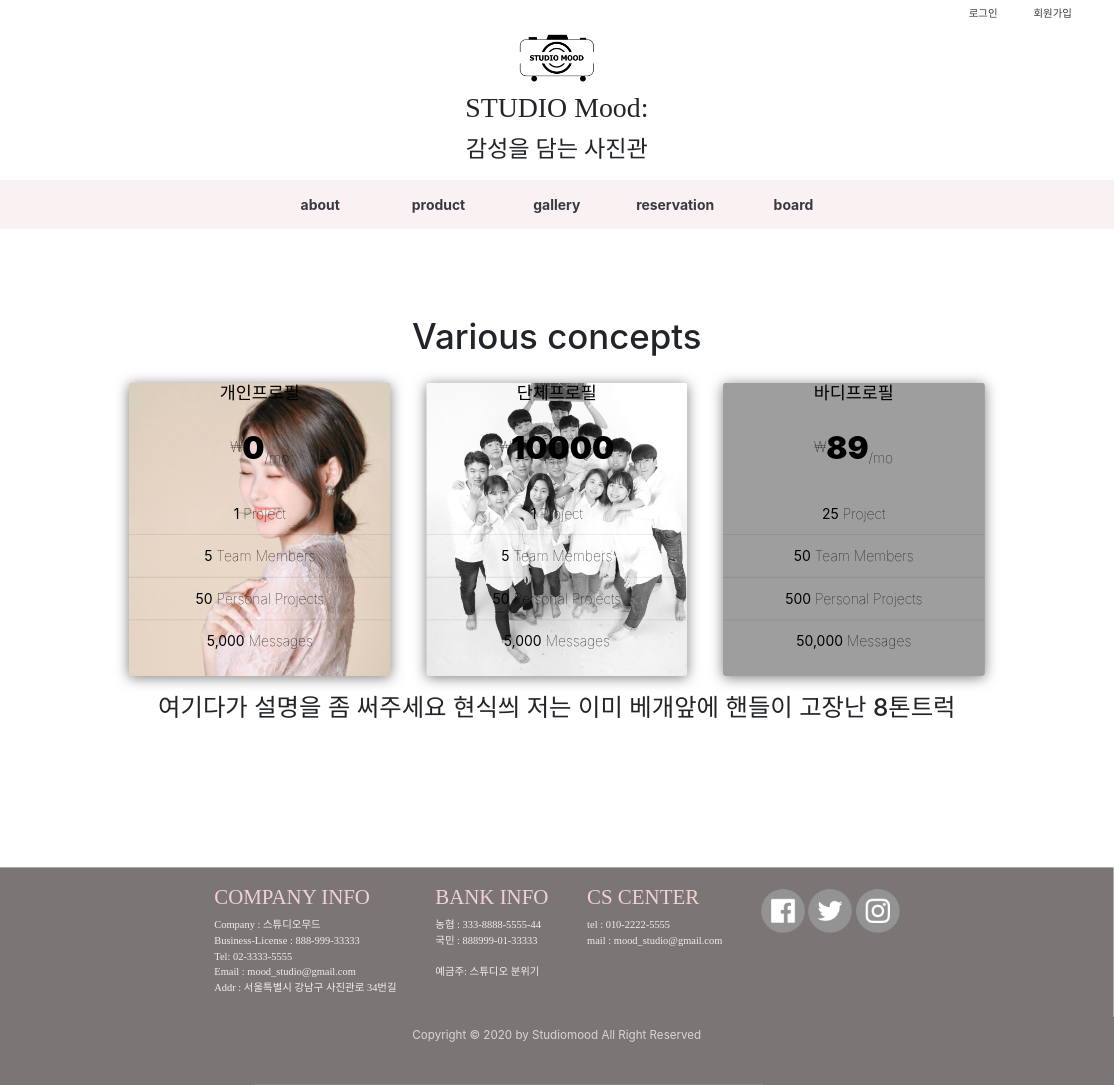
Repository: seugju/HSDsemi
Page: http://localhost/studioMood/views/product/product.jsp
The author's editor kept a copy of each file at every save. The page is drawn from the files as they stood at one save, then again after the next save.
The browser window is 1280 px wide. The pictures show the whole page, at 87% of full size.
Pictures or frames that could not be fetched are drawn as grey boxes. Some web fonts or font styles are not loaded; a fallback is used. The page is served by Tomcat 9. Other server files are loaded and not shown.

Above is the page before, as saved 2020-12-02 16:41:11.

### project-workspace/studioMood/WebContent/views/product/product.jsp
<%@ page language="java" contentType="text/html; charset=UTF-8"
    pageEncoding="UTF-8"%>
<!DOCTYPE html PUBLIC "-//W3C//DTD HTML 4.01 Transitional//EN" "http://www.w3.org/TR/html4/loose.dtd">
<html>
<head>
<meta http-equiv="Content-Type" content="text/html; charset=UTF-8">
<title>Insert title here</title>
</head>
<style>
	@import url('https://fonts.googleapis.com/css?family=Open+Sans');




.text-center {
	text-align: center;
}

.pricing-box-container {
	display: flex;
	align-items: center;
	justify-content: center;
	flex-wrap: wrap;
}

.pricing-box {
	background-color: #ffffff;
	box-shadow: 0px 2px 15px 0px rgba(0,0,0,0.5);
	border-radius: 4px;
	flex: 1;
	padding: 0 30px 30px;
	margin: 2%;
	min-width: 250px;
	max-width: 350px;
}

.pricing-box h5 {
	text-transform: uppercase;
}

.price {
	margin: 24px 0;
	font-size: 36px;
	font-weight: 900;
}

.price sub, .price sup {
	font-size: 16px;
	font-weight: 100;
}

.features-list {
	padding: 0;
	list-style-type: none;
}

.features-list li {
	font-weight: 100;
	padding: 12px 0;
	font-weight: 100;
}

.features-list li:not(:last-of-type) {
	border-bottom: 1px solid rgba(0, 0, 0, 0.1);
}

.btn-primary {
	border-radius: 25px;
	border: none;
	background-color: #EC1362;
	color: #ffffff;
	cursor: pointer;
	padding: 10px 15px;
	margin-top: 20px;
	text-transform: uppercase;
	transition: all 0.1s ease-in-out;
}

.btn-primary:hover {
	box-shadow: 0px 2px 15px 0px rgba(0,0,0,0.5);
	transform: translateY(-3px);
}

.pricing-box-bg-image {
	background-image: url('');
	background-size: cover;
	background-position: center center;
	color: #ffffff;
}

.pricing-box-bg-image .features-list li {
	border-bottom-color: rgba(255, 255, 255, 1);
}

.pricing-box-bg-image .btn-primary {
	background-color: #ffffff;
	color: #000;
}


.explain-product{
	width:100%;
	height:100px;
	text-align:center;
}

.explain-content{
	width:80vw;
	height:auto;
	padding-top:100px;
	padding-bottom:100px;
	margin-top:100px;
	margin-bottom:100px;
	margin:0 auto;

}


.pricing-box{
	-webkit-transition: all 0.4s ease-in-out;
  transition: all 0.4s ease-in-out;

}


#indiv{
padding:0px;
background-image: url('/img/indivisual.jpg');
	background-size: cover;
   background-position: center center;
}
#group{
padding:0px;
background-image: url('/img/GROUP_PICTURE.jpg');
	background-size: cover;
   background-position: center center;
}
#body{
padding:0px;
background-image: url('/img/BODY_PROFILE.png');
	background-size: cover;
   background-position: center center;
}
.pricing-box:hover h5{
	opacity:1;
}
.pricing-box:hover p{
	opacity:1;
}
.pricing-box:hover ul{
	opacity:1;
}
.opacity-div{

	width:100%;
	height:337px;
	color: black;
}
#indiv:hover .opacity-div{
	background-color: rgba(169,169,169,0.7);
}
#group:hover .opacity-div{
	background-color: rgba(169,169,169,0.7);
}
#body:hover .opacity-div{
	background-color: rgba(169,169,169,0.7);
}
</style>
<body>
<%@ include file="/WEB-INF/views/common/header.jsp" %>

<div class="explain-content">
	<h1 class="text-center">
Various concepts
</h1>

<div class="pricing-box-container">
	<div id="indiv" class="pricing-box text-center">
	<div class="opacity-div">
		<h5>개인프로필</h5>
		<p class="price"><sup>₩</sup>0<sub>/mo</sub></p>
		<ul class="features-list">
			<li><strong>1</strong> Project</li>
			<li><strong>5</strong> Team Members</li>
			<li><strong>50</strong> Personal Projects</li>
			<li><strong>5,000</strong> Messages</li>
		</ul>
		</div>
	</div>

	<div id="group" class="pricing-box text-center">
	<div class="opacity-div">
		<h5>단체프로필</h5>
		<p class="price"><sup>₩</sup>10000</p>
		<ul class="features-list">
			<li><strong>1</strong> Project</li>
			<li><strong>5</strong> Team Members</li>
			<li><strong>50</strong> Personal Projects</li>
			<li><strong>5,000</strong> Messages</li>
		</ul>
		</div>
	</div>

	<div id="body" class="pricing-box text-center">
	<div class="opacity-div">
		<h5>바디프로필</h5>
		<p class="price"><sup>₩</sup>89<sub>/mo</sub></p>
		<ul class="features-list">
			<li><strong>25</strong> Project</li>
			<li><strong>50</strong> Team Members</li>
			<li><strong>500</strong> Personal Projects</li>
			<li><strong>50,000</strong> Messages</li>
		</ul>

	</div>
	</div>
	<div class="explain-product">
		<h3>여기다가 설명을 좀 써주세요 현식씌  저는 이미 베개앞에 핸들이 고장난 8톤트럭 </h3>
	</div>
</div>

</div>
<%@ include file="/WEB-INF/views/common/footer.jsp" %>
</body>

</html>

### project-workspace/studioMood/WebContent/WEB-INF/views/common/header.jsp
<%@page import="member.model.vo.Member"%>
<%@ page language="java" contentType="text/html; charset=UTF-8"
    pageEncoding="UTF-8"%>
    <%
    	Member m = (Member)session.getAttribute("loginMember");
    %>
<!DOCTYPE html PUBLIC "-//W3C//DTD HTML 4.01 Transitional//EN" "http://www.w3.org/TR/html4/loose.dtd">
<html>
<head>
<meta http-equiv="Content-Type" content="text/html; charset=UTF-8">
<title>Insert title here</title>

<script type="text/javascript" src="http://code.jquery.com/jquery-3.3.1.js"></script>
    <link rel="stylesheet" href="https://maxcdn.bootstrapcdn.com/bootstrap/4.5.2/css/bootstrap.min.css">
    <script src="https://ajax.googleapis.com/ajax/libs/jquery/3.5.1/jquery.min.js"></script>
    <script src="https://cdnjs.cloudflare.com/ajax/libs/popper.js/1.16.0/umd/popper.min.js"></script>
    <script src="https://maxcdn.bootstrapcdn.com/bootstrap/4.5.2/js/bootstrap.min.js"></script>

     <style>
    	 @font-face {
            font-family: 'S-CoreDream-4Regular';
            src: url('https://cdn.jsdelivr.net/gh/projectnoonnu/noonfonts_six@1.2/S-CoreDream-4Regular.woff') format('woff');
            font-weight: normal;
            font-style: normal;
        }

		@font-face {
		    font-family: 'Cafe24Danjunghae';
		    src: url('https://cdn.jsdelivr.net/gh/projectnoonnu/noonfonts_twelve@1.1/Cafe24Danjunghae.woff') format('woff');
		    font-weight: normal;
		    font-style: normal;
		}

		@font-face {
		    font-family: 'KCC-eunyoung';
		    src: url('https://cdn.jsdelivr.net/gh/projectnoonnu/noonfonts_one@1.0/KCC-eunyoung-Regular.woff') format('woff');
		    font-weight: normal;
		    font-style: normal;
		}
        header{
            width: 100vw;
            z-index: 0;
        }

        .navbar {
            display: block;
            background-color: #faf2f2;
            margin: 0 auto;
            z-index : 2;
        }

        .logo {
            margin: 0 auto;
            width: 500px;
            text-align: center;
        }
        .logo >h2{
         	font-family: 'Cafe24Danjunghae';
         }

        .logo>p{
        	 font-family: 'KCC-eunyoung';
        	 font-size: 20pt;
        }

        .navi-menu,
        .navi-menu-top {
            /* menu ul */
            list-style: none;
            text-align: center;

        }

        .navi-menu-top {
            float: right;
        }

        .navi-menu {
            margin: 0 auto;
            width: 680px;
            height: 40px;
        }

        .navi-menu>li {
            width: 125px;
            margin: 0 auto;
        }

        .navi-menu li>a {
            width: 100%;
            height: 30px;
            box-sizing: border-box;
            text-align: center;
            display: block;
            float: left;
        }
        .nav-link {
            color: #373a40;
            font-weight: bold;

        }
        .nav-link:hover{
        	color:#f1d1d1  ;
        }


        .navi-menu-top {
            display: inline-block;
        }

        .nav-top {
     	   	font-family: 'S-CoreDream-4Regular';
            width: 1200px;
            float: right;
            padding-right: 30px;
        }

        .navi-menu-top li {
            width: 80px;
            height: 30px;
            float: left;
        }

        .navi-menu-top li>a {
            width: 100%;
            height: 100%;
            display: inline-block;
            font-size: 9pt;
            line-height: 30px;
            color: #373a40;
        }
        .subMenu {
            margin-top: 10px;
            padding: 0;
            list-style-type: none;
            display :none;
             z-index : 1;
        }

		.subMenu>li {
            background-color: rgba(250,242,242,0.8);
        }

        .subMenu li>a {
            margin: 0;
            padding: 0;
            font-size: 10pt;
            display: inline-block;
            width: 125px;
            float: none;
            color: #373a40;

            /*transition-duration: 1s;*/
        }

        .subMenu>li:first-child>a {
            margin-top: 20px;
       	 }

           a{
		      text-decoration: none;
		      color:black;
		   }
		   a:hover{
		      text-decoration: none;
		      color:#e6d1d8;
		   }

        .subMenu{
            margin: 0;
            padding: 0;
            list-style-type: none;
            transition-duration: 2s;
        }
        .subMenu li>a{
            margin: 0;
            padding: 0;
            display: inline-block;
            width: 125px;
            float: none;
        }
        .subMenu>li:first-child>a {
            margin-top: 30px;
        }
        .subMenu li>a:hover {
       		color:#968c83;
           font-weight: bold;
        }

    </style>

        <script>
         $(document).ready(function() {
            var subMenu = $(".subMenu");
            subMenu.hide();
            var navMenu = $(".navi-menu>li>a");
            var idx = navMenu.index();

             $(".navi-menu>li>a").click(function() {
                $(this).next().stop().slideToggle(300);
            });


        });


    </script>
</head>
<body>

     <div class="nav-top">
     <%if(m != null) { //로그인 된 상태%>
     	<ul class="navbar-nav navi-menu-top" id="login-nav">
            <li>
                <a class="nav-top-link" href="/logout">로그아웃</a>
            </li>
            <li>
            <%if(m.getMemberLevel() == 0) {%>
                <a class="nav-top-link" href="/adminPage">관리자페이지</a>
            <%}else{ %>
                <a class="nav-top-link" href="/myPage?memberId=<%=m.getMemberId()%>">마이페이지</a>
            <%} %>
            </li>
        </ul>
     <%}else { %>
     	<ul class="navbar-nav navi-menu-top" id="logout-nav">
            <li>
                <a class="nav-top-link" href="/views/member/login.jsp">로그인</a>
            </li>
            <li>
                <a class="nav-top-link" href="/views/member/join.jsp">회원가입</a>
            </li>
        </ul>
     <%} %>
    </div>

    <div class="container-fluid">
        <br>
        <div class="logo">
            <img src="/img/logo.png" width="100px;" onclick="location.href = '/'">
            <h2>STUDIO Mood:</h2>
            <p>감성을 담는 사진관 </p>
        </div>
    </div>

   <nav class="navbar navbar-expand-sm sticky-top">
        <ul class="navbar-nav navi-menu">
            <li class="nav-item">
                <a class="nav-link" href="#">about</a>

                <ul class="subMenu">
                    <li><a class="nav-link sub-nav-item" href="/about">studio 'mood'</a></li>

                </ul>
            </li>
            <li class="nav-item">
                <a class="nav-link" href="/views/product/product.jsp">product</a>
            </li>
            <li class="nav-item">
                <a class="nav-link" href="#">gallery</a>
                <ul class="subMenu">
                    <li><a class="nav-link sub-nav-item" href="#">개인프로필</a></li>
                    <li><a class="nav-link sub-nav-item" href="#">바디프로필</a></li>
                    <li><a class="nav-link sub-nav-item" href="#">단체프로필</a></li>
                </ul>
            </li>
            <li class="nav-item">
                <a class="nav-link" href="#">reservation</a>
                <ul class="subMenu">
                    <li><a class="nav-link sub-nav-item" href="/test">예약</a></li>
                    <li><a class="nav-link sub-nav-item" href="/searchReserve">예약확인</a></li>
                </ul>
            </li>
            <li class="nav-item">
                <a class="nav-link" href="#">board</a>
                <ul class="subMenu">
                    <li><a class="nav-link sub-nav-item" href="/noticeList?reqPage=1">공지사항</a></li>
                    <li><a class="nav-link sub-nav-item" href="/qnaList?reqPage=1">QnA</a></li>
                    <li><a class="nav-link sub-nav-item" href="/postList?reqPage=1">후기</a></li>
                    <li><a class="nav-link sub-nav-item" href="/faqList?reqPage=1">FAQ</a></li>
                </ul>
            </li>
        </ul>
    </nav>


</body>
</html>

### project-workspace/studioMood/WebContent/WEB-INF/views/common/footer.jsp
<%@ page language="java" contentType="text/html; charset=UTF-8"
    pageEncoding="UTF-8"%>
<!DOCTYPE html PUBLIC "-//W3C//DTD HTML 4.01 Transitional//EN" "http://www.w3.org/TR/html4/loose.dtd">
<html>
<head>
<meta http-equiv="Content-Type" content="text/html; charset=UTF-8">
<title>Insert title here</title>

<style>
		 @font-face {
            font-family: 'S-CoreDream-4Regular';
            src: url('https://cdn.jsdelivr.net/gh/projectnoonnu/noonfonts_six@1.2/S-CoreDream-4Regular.woff') format('woff');
            font-weight: normal;
            font-style: normal;
        }

        @font-face {
            font-family: 'S-CoreDream-5Medium';
            src: url('https://cdn.jsdelivr.net/gh/projectnoonnu/noonfonts_six@1.2/S-CoreDream-5Medium.woff') format('woff');
            font-weight: normal;
            font-style: normal;
        }
        .footer{
            background-color: rgb(124, 117, 117);
            text-align: center;

            height: 250px;
            margin: 0;
            padding: 0;
            z-index: 0;
        }
        .footerBox{
            margin: 20px;
            text-align: left;
            display: inline-block
        }
        .footerBox >h2{
       		font-family: 'S-CoreDream-5Medium';
            color: rgb(241, 209, 209);
            font-size: 18pt;
        }
        .footerBox>p{
        	font-family: 'S-CoreDream-4Regular';
        	font-size: 9pt;
            color: rgb(241, 238, 238);
        }
        .footer-top,
        .footer-bottom{
        	margin : 0 auto;
            width: 1198px;
        }
        .footer-bottom>p{
          color: rgba(241, 238, 238, 0.8);
          font-size: 10pt;
        }
        .icon{

        }
        .icon>img{

            width: 50px;
        }
    </style>
</head>
<body>
 <footer>
       <div class="footer">
           <div class="footer-top">
                <div class="footerBox company-info" width:310px;>
                <h2>COMPANY INFO</h2>
                <p>
                    Company : 스튜디오무드 <br>
                    Business-License : 888-999-33333<br>
                    Tel: 02-3333-5555<br>
                    Email : mood_studio@gmail.com<br>
                    Addr : 서울특별시 강남구 사진관로 34번길<br>
                </p>
            </div>
            <div class="footerBox bank-info" width:180px;>
                <h2>BANK INFO</h2>
                <p>
                    농협 : 333-8888-5555-44 <br>
                    국민 : 888999-01-33333<br><br>
                    예금주: 스튜디오 분위기<br><br>

                </p>
            </div>
            <div class="footerBox cs" width:230px;>
                <h2>CS CENTER</h2>
                <p>
                    tel : 010-2222-5555 <br>
                    mail : mood_studio@gmail.com<br><br><br><br>
                </p>
            </div>
           <div class="footerBox icon" width:130px;>
               <img src="/img/Facebook_1.png">
               <img src="/img/Twitter_1.png">
               <img src="/img/Instagram_1.png">
               <p><br><br><br><br></p>
           </div>
           </div>

            <div class="footer-bottom">
                <p>Copyright &copy; 2020 by Studiomood All Right Reserved</p>
            </div>

       </div>

   </footer>

</body>
</html>

After the next save:
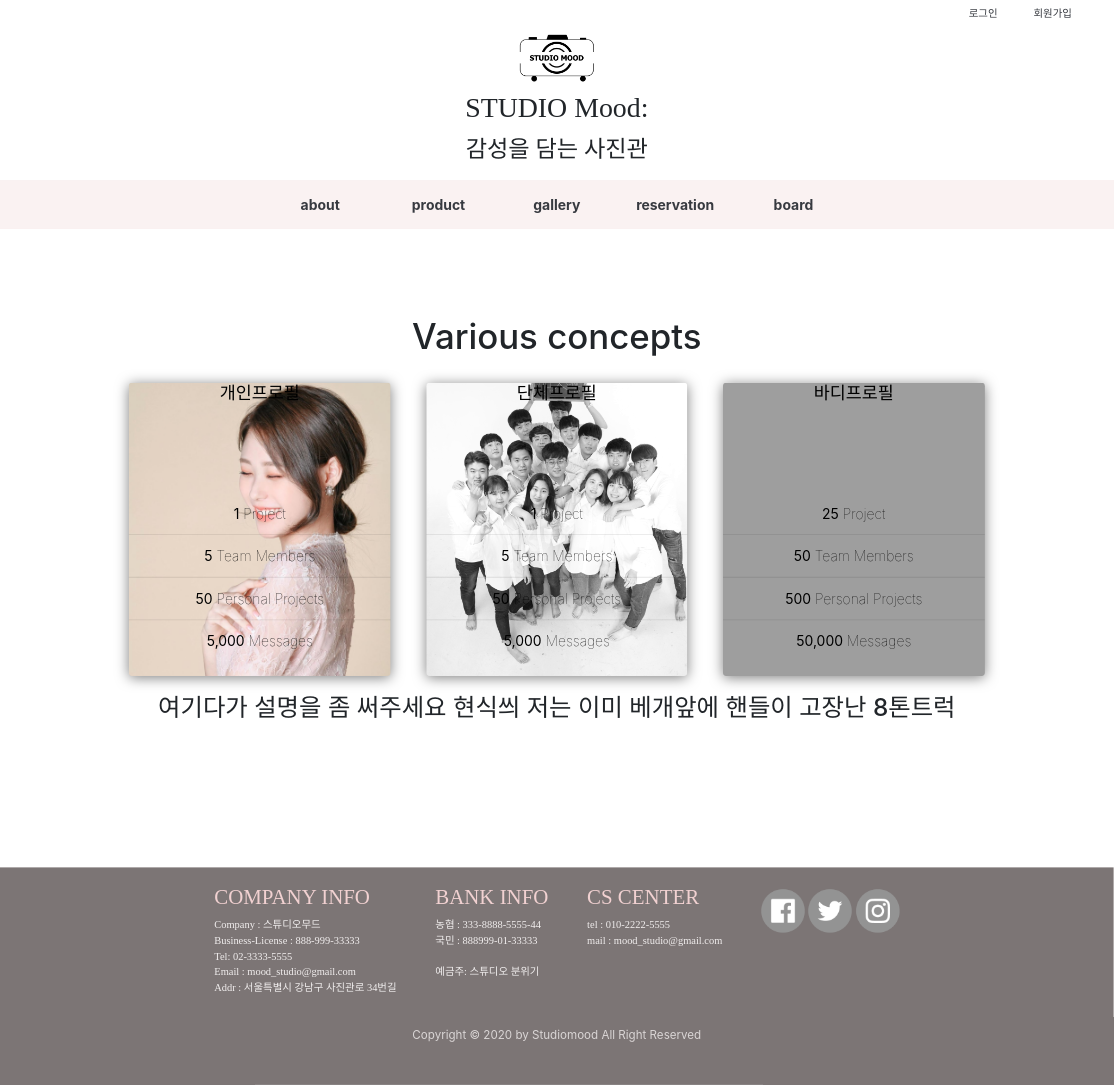
Saved 66 s later.
--- a/project-workspace/studioMood/WebContent/views/product/product.jsp
+++ b/project-workspace/studioMood/WebContent/views/product/product.jsp
@@ -121,7 +121,9 @@
   transition: all 0.4s ease-in-out;
 
 }
-
+.opacity-div p{
+	opacity:0;
+}
 
 #indiv{
 padding:0px;
